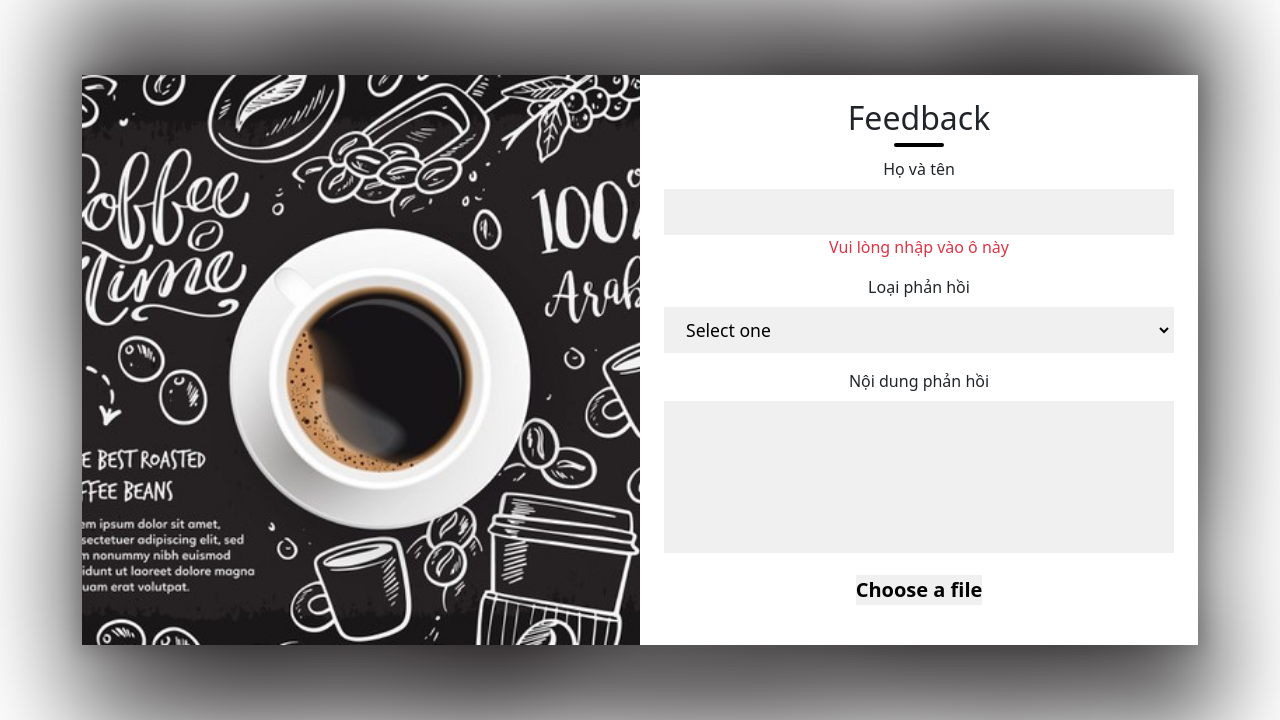
Repository: LeDongGyC/html-css
Page: HTML CSS/prototype/index.html
An editor plug-in stored every save of this project. The page is shown before and after the next save, followed by the edit.
The browser window is 1280 px wide. The pictures show the whole page.
The style sheet was rebuilt from its Sass, Less or Tailwind sources for each picture, by a compiler version that may differ from the author's.

Above is the page before, as saved 2023-05-24 10:37:52.

### HTML CSS/prototype/index.html
<!doctype html>
<html lang="en">

<head>
  <title>Title</title>
  <!-- Required meta tags -->
  <meta charset="utf-8">
  <meta name="viewport" content="width=device-width, initial-scale=1, shrink-to-fit=no">
  <link rel="stylesheet" href="style.css">
  <link rel="stylesheet" href="reset.css">
  <!-- <script src="index.js"></script> Bootstrap CSS v5.2.1 -->
  <script>
    var inputs = document.querySelectorAll('.inputfile');
    Array.prototype.forEach.call(inputs, function (input) {
      var label = input.nextElementSibling,
        labelVal = label.innerHTML;
      input.addEventListener('change', function (e) {
        var fileName = '';
        if (this.files && this.files.length > 1)
          fileName = (this.getAttribute('data-multiple-caption') || '').replace('{count}', this.files.length);
        else
          fileName = e.target.value.split('\\').pop();

        if (fileName)
          label.querySelector('span').innerHTML = fileName;
        else
          label.innerHTML = labelVal;
      });
    });
  </script>
  <link href="https://cdn.jsdelivr.net/npm/bootstrap@5.2.1/dist/css/bootstrap.min.css" rel="stylesheet"
    integrity="sha384-iYQeCzEYFbKjA/T2uDLTpkwGzCiq6soy8tYaI1GyVh/UjpbCx/TYkiZhlZB6+fzT" crossorigin="anonymous">

</head>

<body>
  <div class="container">
    <div class="feedback-box">
      <div class="feedback-box_left"></div>
      <div class="feedback-box_right">
        <h2 class="feedback-box_right-title">Feedback</h2>
        <div class="mb-3">
          <label for="name" class="form-label">Họ và tên</label>
          <input type="text" class=" feedback-box_right-item" name="" id="name" aria-describedby="helpId"
            placeholder="">
            <span class="text-danger">Vui lòng nhập vào ô này</span>
        </div>
        <!-- <div class="mb-3">
          <label for="email" class="form-label">Email</label>
          <input type="text" class=" feedback-box_right-item" name="" id="email" aria-describedby="helpId"
            placeholder="">
        </div> -->
        <div class="mb-3">
          <label for="typeFeedback" class="form-label">Loại phản hồi</label>
          <select class="feedback-box_right-item " name="" id="typeFeedback">
            <option selected disabled>Select one</option>
            <option value="" class="feedback-box_right-item-selected">Option 1</option>
            <option value="" class="feedback-box_right-item-selected">Option 2</option>
            <option value="" class="feedback-box_right-item-selected">Option 3</option>
          </select>
        </div>
        <div class="mb-3">
          <label for="feedback" class="form-label">Nội dung phản hồi</label>
          <textarea type="" class=" feedback-box_right-item" name="" id="feedback" aria-describedby="helpId"
            placeholder="" rows="5"></textarea>
        </div>
        <div class="mb-3">
          <input type="file" name="file" id="file" class="inputfile" data-multiple-caption="{count} files selected"
            multiple />
          <label for="file">Choose a file</label>
        </div>
      </div>
    </div>
  </div>
  <!-- Bootstrap JavaScript Libraries -->
  <!-- <script src="https://cdn.jsdelivr.net/npm/@popperjs/core@2.11.6/dist/umd/popper.min.js"
    integrity="sha384-oBqDVmMz9ATKxIep9tiCxS/Z9fNfEXiDAYTujMAeBAsjFuCZSmKbSSUnQlmh/jp3" crossorigin="anonymous">
    </script>

  <script src="https://cdn.jsdelivr.net/npm/bootstrap@5.2.1/dist/js/bootstrap.min.js"
    integrity="sha384-7VPbUDkoPSGFnVtYi0QogXtr74QeVeeIs99Qfg5YCF+TidwNdjvaKZX19NZ/e6oz" crossorigin="anonymous">
    </script> -->
</body>

</html>

### HTML CSS/prototype/style.scss
* {
  box-sizing: border-box;
}
html {
  font-size: 62.5%;
}
body {
  font-size: 1.6rem;
  font-family: "Arial", sans-serif;
  font-weight: normal;
  height: 100vh;
  width: 100%;
}
.container {
  position: relative;
  width: 100%;
  height: 100%;
  display: flex;
  justify-content: center;
  align-items: center;
  padding: 2rem 10rem;
  &::after {
    position: sticky;
    content: "";
    position: absolute;
    width: 100%;
    height: 100%;
    left: 0;
    top: 0;
    background: url("cafe.jpg") no-repeat center;
    background-size: cover;
    filter: blur(50px);
    z-index: -1;
  }
}
.feedback-box {
  max-width: 85rem;
  // min-width: 70vw;
  display: grid;
  grid-template-columns: repeat(2, 1fr);
  justify-content: center;
  align-items: center;
  text-align: center;
  background-color: #fff;
  box-shadow: 0px 0px 19px 5px rgba(0, 0, 0, 0.19);
  &_left {
    background: url("cafe.jpg") no-repeat center;
    display: block;
    background-size: cover;
    // object-fit: cover;
    height: 100%;
  }
  &_right {
    padding: 1.5rem;
    &-title {
      position: relative;
      padding: 0 0 10px;
      margin-bottom: 10px;
      &::after {
        content: "";
        position: absolute;
        left: 50%;
        bottom: 0;
        transform: translateX(-50%);
        height: 4px;
        width: 50px;
        border-radius: 2px;
        background-color: black;
      }
    }
    &-item {
      width: 100%;
      border: 2px solid rgba(0, 0, 0, 0);
      outline: none;
      background-color: rgba(230, 230, 230, 0.6);
      padding: 0.5rem 1rem;
      font-size: 1.1rem;
      //   margin-bottom: 22px;
      transition: 0.3s;
      &:hover {
        background-color: rgba(0, 0, 0, 0.1);
      }
      &:focus {
        border: 2px solid rgba(30, 85, 250, 0.47);
        background-color: #fff;
      }
      &:last-child {
        resize: none;
      }
    }
  }
}
.inputfile {
  width: 0.1px;
  height: 0.1px;
  opacity: 0;
  overflow: hidden;
  position: absolute;
  z-index: -1;
}
.inputfile + label {
  font-size: 1.25em;
  font-weight: 700;
  color: black;
  background-color: rgba(230, 230, 230, 0.6);
  display: inline-block;
  cursor: pointer;
}

.inputfile:focus + label,
.inputfile + label:hover {
  color: rgba(30, 85, 250, 0.47);
  background-color: rgba(0, 0, 0, 0.1);
}

Loaded but not shown: HTML CSS/prototype/reset.css (common file)

After the next save:
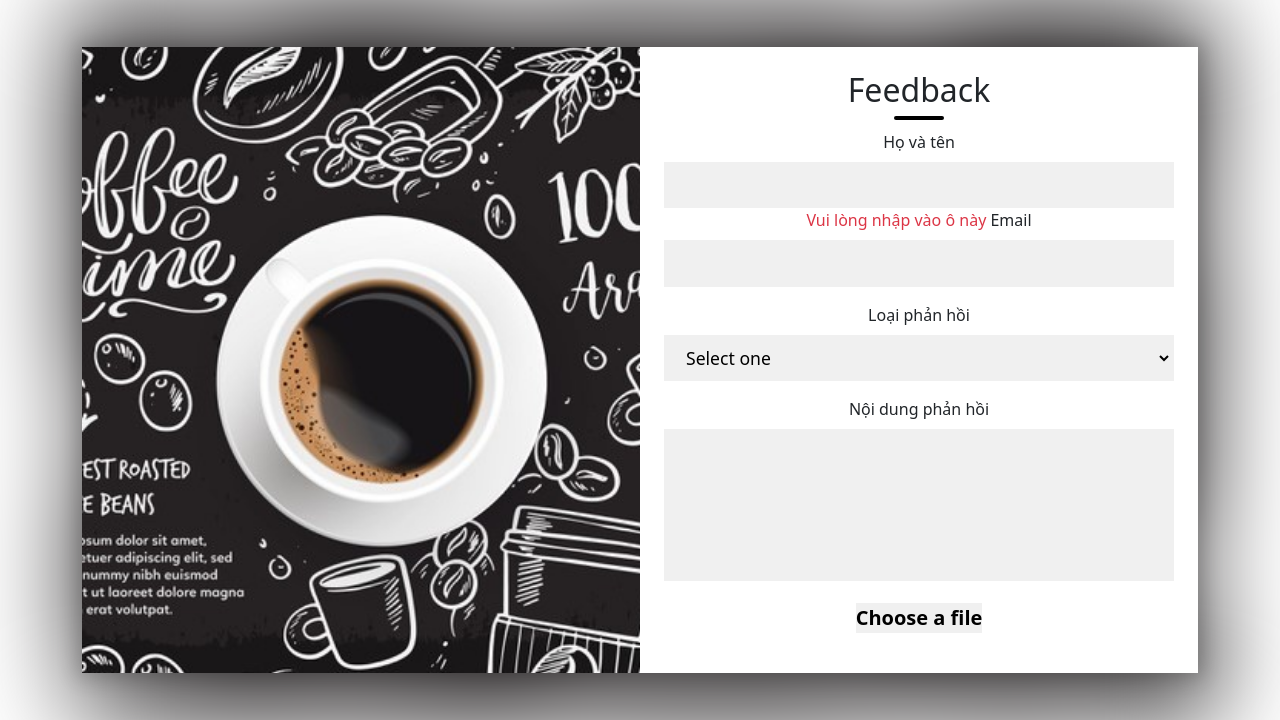
Saved 9 s later.
--- a/HTML CSS/prototype/index.html
+++ b/HTML CSS/prototype/index.html
@@ -44,6 +44,9 @@
           <input type="text" class=" feedback-box_right-item" name="" id="name" aria-describedby="helpId"
             placeholder="">
             <span class="text-danger">Vui lòng nhập vào ô này</span>
+            <label for="email" class="form-label">Email</label>
+          <input type="text" class=" feedback-box_right-item" name="" id="email" aria-describedby="helpId"
+            placeholder="">
         </div>
         <!-- <div class="mb-3">
           <label for="email" class="form-label">Email</label>
